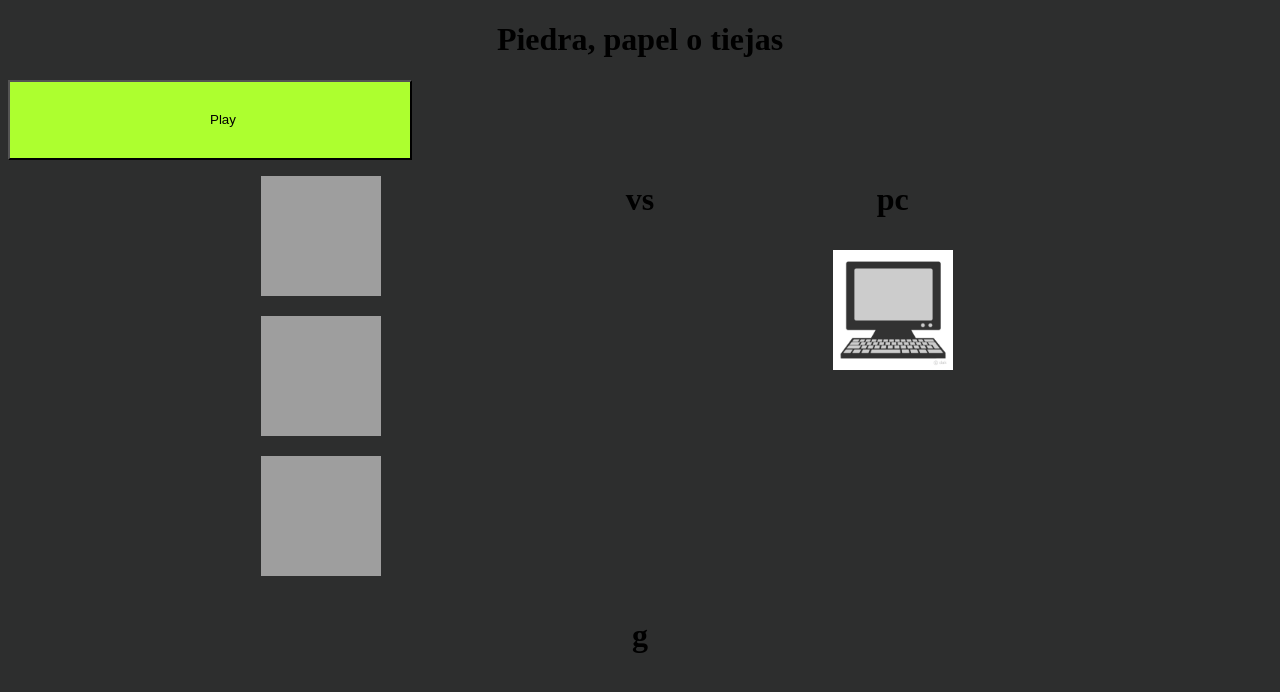
Repository: Kevin8548/FundamentosJS
Page: scissors.html
These files come from the project's save history. The page is drawn as it stood at one moment and after the next save; the edit follows.
The browser window is 1280 px wide. The pictures show the whole page.
Pictures or frames that could not be fetched are drawn as grey boxes.

Above is the page before, as saved 2024-09-23 05:49:29.
Console error: SyntaxError: Unexpected token ';'

After the next save:
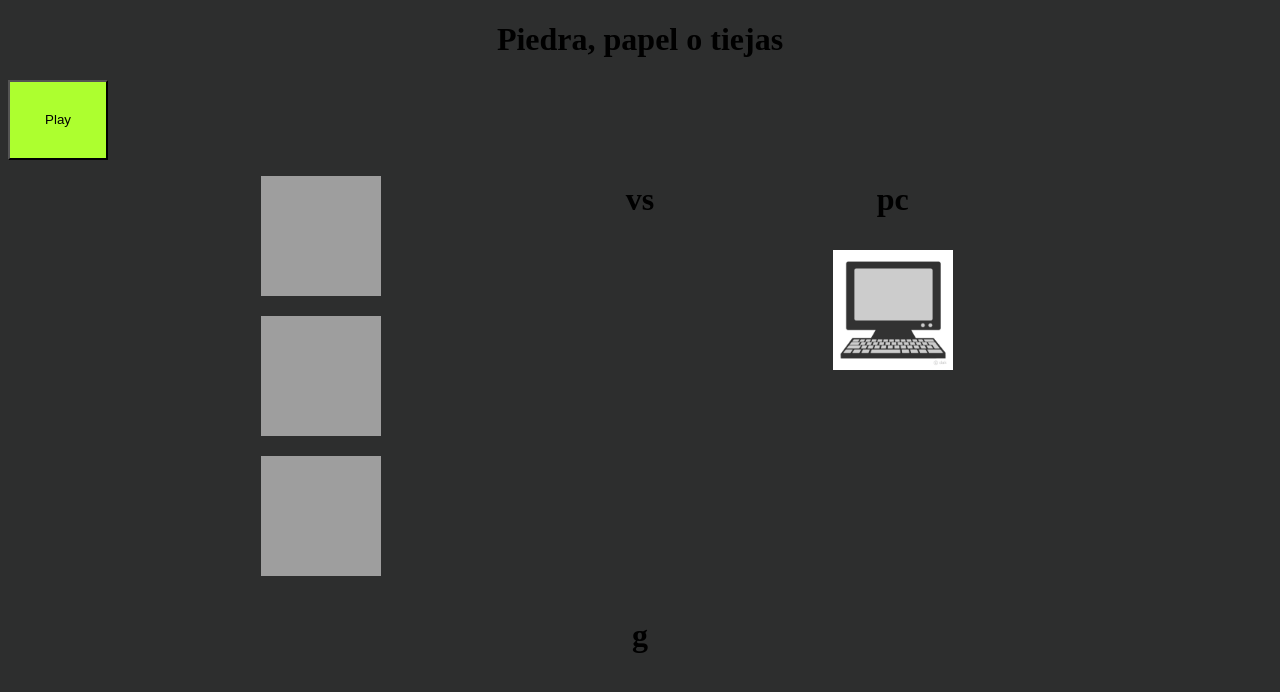
Saved 14 s later.
--- a/style.css
+++ b/style.css
@@ -29,6 +29,4 @@ button {
     background-color: greenyellow;
     width: 100px;
     height: 80px;
-    padding-left: 200px;
-    padding-right: 200px;
 }
